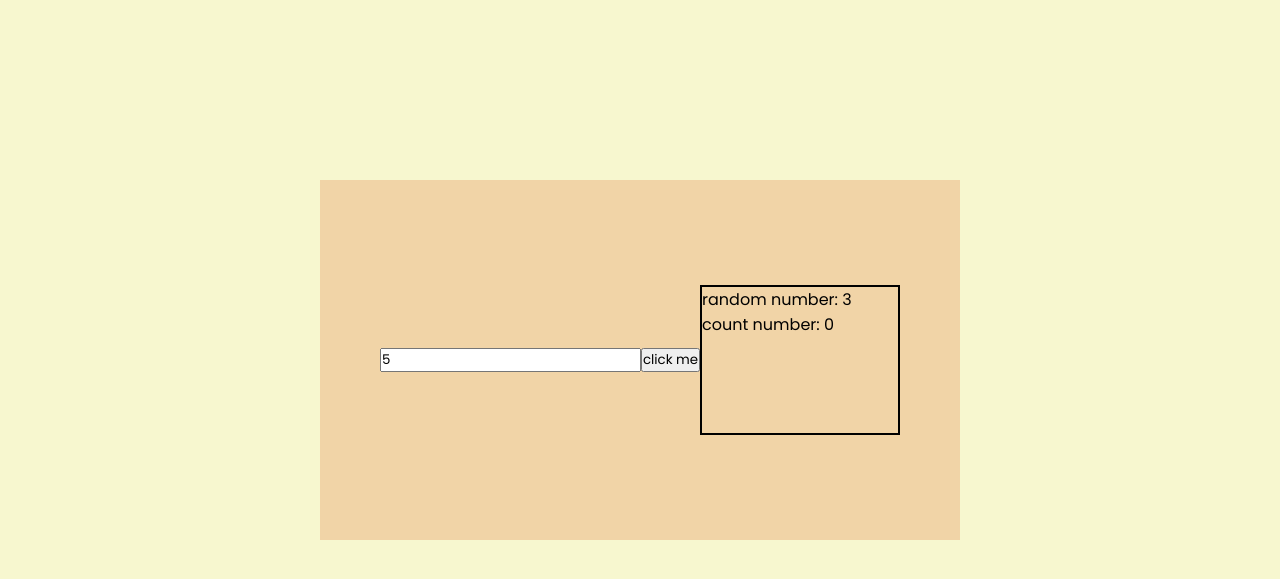
Repository: LusyaPetrosyan/Guessing-Game
Page: index.html
The author's editor kept a copy of each file at every save. The page is drawn from the files as they stood at one save, then again after the next save.
The browser window is 1280 px wide. The pictures show the whole page.
Empty fields were first filled with sample values (such as "Sample", 5 or name@example.com).
After loading, the first visible `#button` was clicked once.

Above is the page before, as saved 2022-02-22 00:20:24.
Console error: ReferenceError: Cannot access 'sum1' before initialization

After the next save:
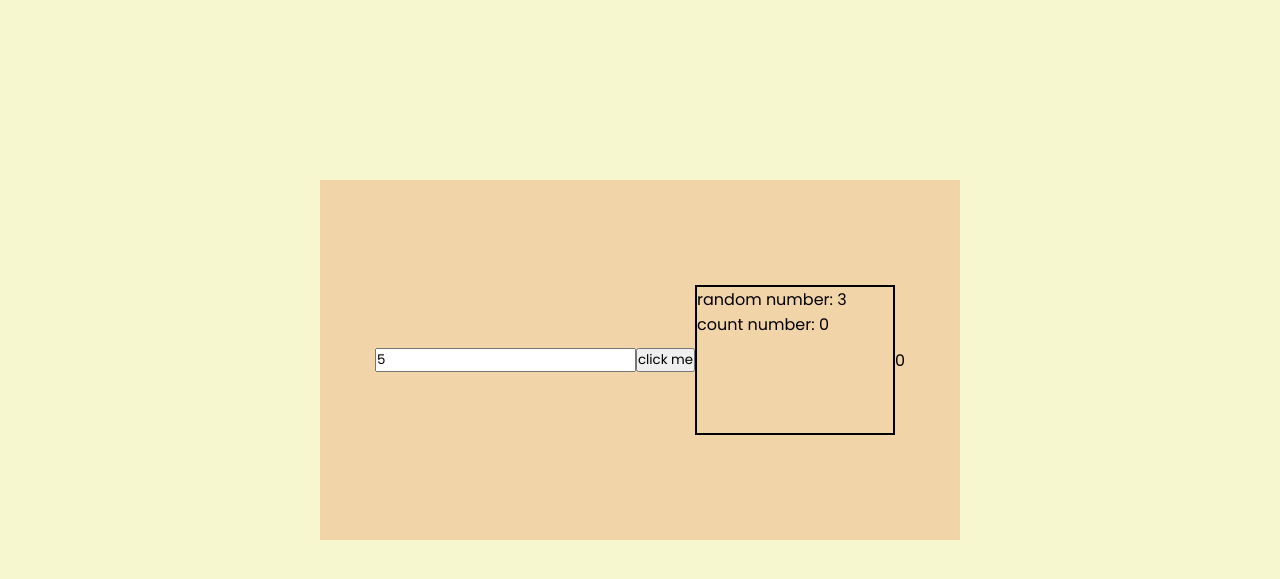
The error is gone.
Saved 5 s later.
--- a/script.js
+++ b/script.js
@@ -26,10 +26,10 @@ button.addEventListener("click", function() {
     } else {
         count += 0;
     }
+    let sum1 = 0;
 
     p2Text.innerText = "count number: " + count;
     sum1 += count;
     console.log("sum1", sum1);
     sum.innerHTML = sum1++;
-    let sum1 = 0;
 })
